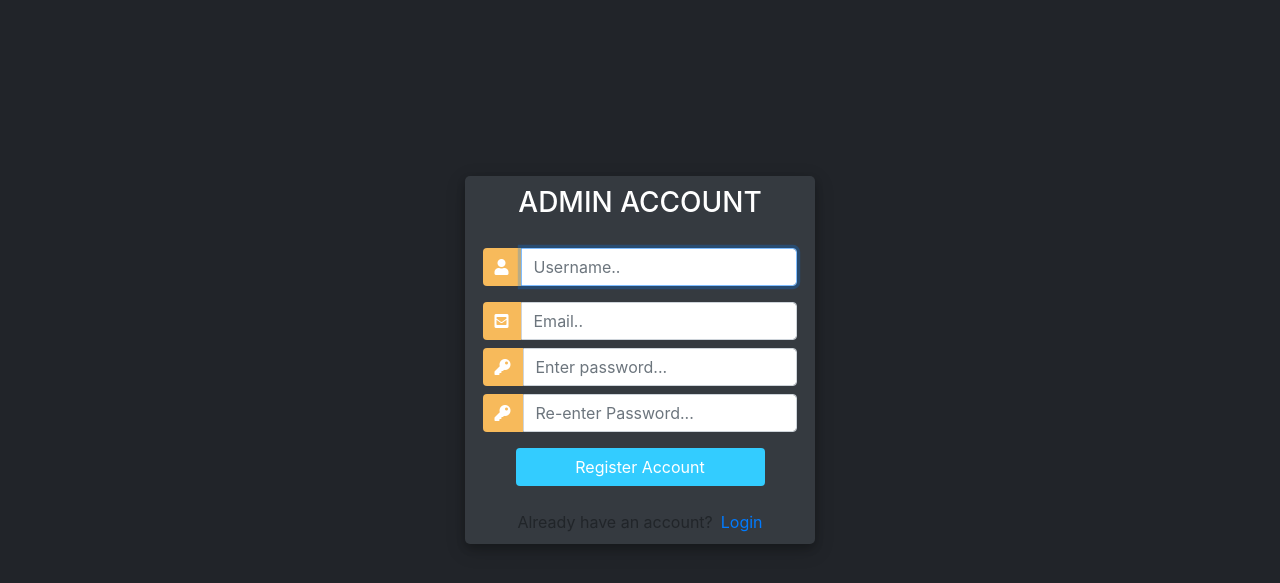
Repository: Abdaljawad-Aya/login-register-auth-validation-Django
Page: http://localhost/register/
The author's editor kept a copy of each file at every save. The page is drawn from the files as they stood at one save, then again after the next save.
The browser window is 1280 px wide. The pictures show the whole page.
Some web libraries are served in a nearby version. The page is served by the project's application, run on Django 3.2 (project8/manage.py). Other server files are loaded and not shown.

Above is the page before, as saved 2021-03-11 22:21:54.

### project8/project8/templates/register.html
<!DOCTYPE html>
<html>

<head>
	<title>Login</title>
	<link rel="stylesheet" href="https://stackpath.bootstrapcdn.com/bootstrap/4.1.3/css/bootstrap.min.css" integrity="sha384-MCw98/SFnGE8fJT3GXwEOngsV7Zt27NXFoaoApmYm81iuXoPkFOJwJ8ERdknLPMO" crossorigin="anonymous">
	<script src="https://ajax.googleapis.com/ajax/libs/jquery/3.3.1/jquery.min.js"></script>
	<link rel="stylesheet" href="https://use.fontawesome.com/releases/v5.6.1/css/all.css" integrity="sha384-gfdkjb5BdAXd+lj+gudLWI+BXq4IuLW5IT+brZEZsLFm++aCMlF1V92rMkPaX4PP" crossorigin="anonymous">

	<style>
		body,
		html {
			margin: 0;
			padding: 0;
			height: 100%;
			background: #212429 !important;
		}
		.user_card {
			width: 350px;
			margin-top: auto;
			margin-bottom: auto;
			background: #353a40;
			position: relative;
			display: flex;
			justify-content: center;
			flex-direction: column;
			padding: 10px;
			box-shadow: 0 4px 8px 0 rgba(0, 0, 0, 0.2), 0 6px 20px 0 rgba(0, 0, 0, 0.19);
			-webkit-box-shadow: 0 4px 8px 0 rgba(0, 0, 0, 0.2), 0 6px 20px 0 rgba(0, 0, 0, 0.19);
			-moz-box-shadow: 0 4px 8px 0 rgba(0, 0, 0, 0.2), 0 6px 20px 0 rgba(0, 0, 0, 0.19);
			border-radius: 5px;

		}

		.form_container {
			margin-top: 20px;
		}

		#form-title{
			color: #fff;
		}
		.login_btn {
			width: 100%;
			background: #33ccff !important;
			color: white !important;
		}
		.login_btn:focus {
			box-shadow: none !important;
			outline: 0px !important;
		}
		.login_container {
			padding: 0 2rem;
		}
		.input-group-text {
			background: #f7ba5b !important;
			color: white !important;
			border: 0 !important;
			border-radius: 0.25rem 0 0 0.25rem !important;
		}
		.input_user,
		.input_pass:focus {
			box-shadow: none !important;
			outline: 0px !important;
		}

	</style>

</head>
<body>
	<div class="container h-100">
		<div class="d-flex justify-content-center h-100">
			<div class="user_card">
				<div class="d-flex justify-content-center">
					<h3 id="form-title">ADMIN ACCOUNT</h3>
				</div>
				<div class="d-flex justify-content-center form_container">

					<form method="POST" action="">
            {% csrf_token %}

						<div class="input-group mb-3">
							<div class="input-group-append">
								<span class="input-group-text"><i class="fas fa-user"></i></span>
							</div>
							{{form.username}}
						</div>
						<div class="input-group mb-2">
							<div class="input-group-append">
								<span class="input-group-text"><i class="fas fa-envelope-square"></i></span>
							</div>
							  {{form.email}}

						</div>
						<div class="input-group mb-2">
							<div class="input-group-append">
								<span class="input-group-text"><i class="fas fa-key"></i></span>
							</div>
							  {{form.password1}}
						</div>
						<div class="input-group mb-2">
							<div class="input-group-append">
								<span class="input-group-text"><i class="fas fa-key"></i></span>
							</div>
							 {{form.password2}}
						</div>

				   		<div class="d-flex justify-content-center mt-3 login_container">
				 			<input class="btn login_btn" type="submit" value="Register Account">
				   		</div>
					</form>
				</div>

				<div class="mt-4">
					<div class="d-flex justify-content-center links">
						Already have an account? <a href="{% url 'login' %}" class="ml-2">Login</a>
					</div>
				</div>
			</div>
		</div>
	</div>
	<script>
						/* Because i didnt set placeholder values in forms.py they will be set here using vanilla Javascript
		//We start indexing at one because CSRF_token is considered and input field
		 */

		//Query All input fields
		var form_fields = document.getElementsByTagName('input')
		form_fields[1].placeholder='Username..';
		form_fields[2].placeholder='Email..';
		form_fields[3].placeholder='Enter password...';
		form_fields[4].placeholder='Re-enter Password...';


		for (var field in form_fields){
			form_fields[field].className += ' form-control'
		}
	</script>
</body>
</html>



{% comment %} <h1>register</h1>


<form method="POST" action>
  {% csrf_token %}
  {{form.username.label}}
  {{form.username}}

  {{form.email.label}}
  {{form.email}}

  {{form.password1.label}}
  {{form.password1}}

  {{form.password2.label}}
  {{form.password2}}
     <input type="submit" name="Create User">
</form> {% endcomment %}

### project8/project8/App/forms.py
from django.forms import ModelForm
from django.contrib.auth.forms import UserCreationForm
from django.contrib.auth.models import User
from django import forms

from .models import Data_Source



class OrderForm(ModelForm):
  class Meta:
          model  = Data_Source
          fields = '__all__'

class CreateUserForm(UserCreationForm):
    class Meta:
          model  = User
          fields = ['username','email','password1','password2']

### project8/project8/App/views.py
from django.shortcuts import render
from django.contrib.auth.forms import UserCreationForm


# Create your views here.
from .models import *
from .forms import OrderForm, CreateUserForm
from .filters import OrderFilters


def registerPage(request):
    form = CreateUserForm()

    if request.method == 'POST':
        form = CreateUserForm(request.POST)
        if form.is_valid():
              form.save()

    context ={'form':form}
    return render(request, '../templates/register.html', context)


def loginPage(request):
    context ={}
    return render(request, '../templates/login.html', context)

def index(request):
    return render(request , "index.html")

### project8/project8/project8/urls.py
"""project8 URL Configuration

The `urlpatterns` list routes URLs to views. For more information please see:
    https://docs.djangoproject.com/en/3.1/topics/http/urls/
Examples:
Function views
    1. Add an import:  from my_app import views
    2. Add a URL to urlpatterns:  path('', views.home, name='home')
Class-based views
    1. Add an import:  from other_app.views import Home
    2. Add a URL to urlpatterns:  path('', Home.as_view(), name='home')
Including another URLconf
    1. Import the include() function: from django.urls import include, path
    2. Add a URL to urlpatterns:  path('blog/', include('blog.urls'))
"""
from django.contrib import admin
from django.urls import path
from App import views

urlpatterns = [
    path('register/', views.registerPage, name="register"),
    path('login/', views.loginPage, name="login"),

    path('admin/', admin.site.urls),
    path('', views.index),
]

After the next save:
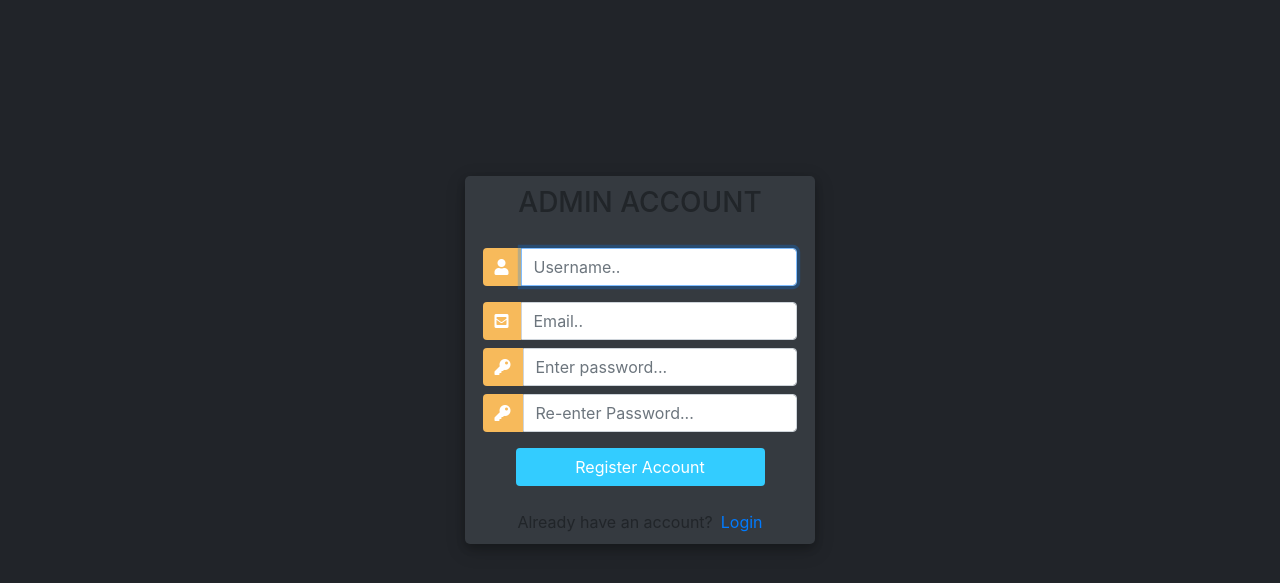
Saved 24 s later.
--- a/project8/project8/templates/register.html
+++ b/project8/project8/templates/register.html
@@ -37,7 +37,7 @@
 		}
 
 		#form-title{
-			color: #fff;
+			color: #;
 		}
 		.login_btn {
 			width: 100%;

After the save that followed:
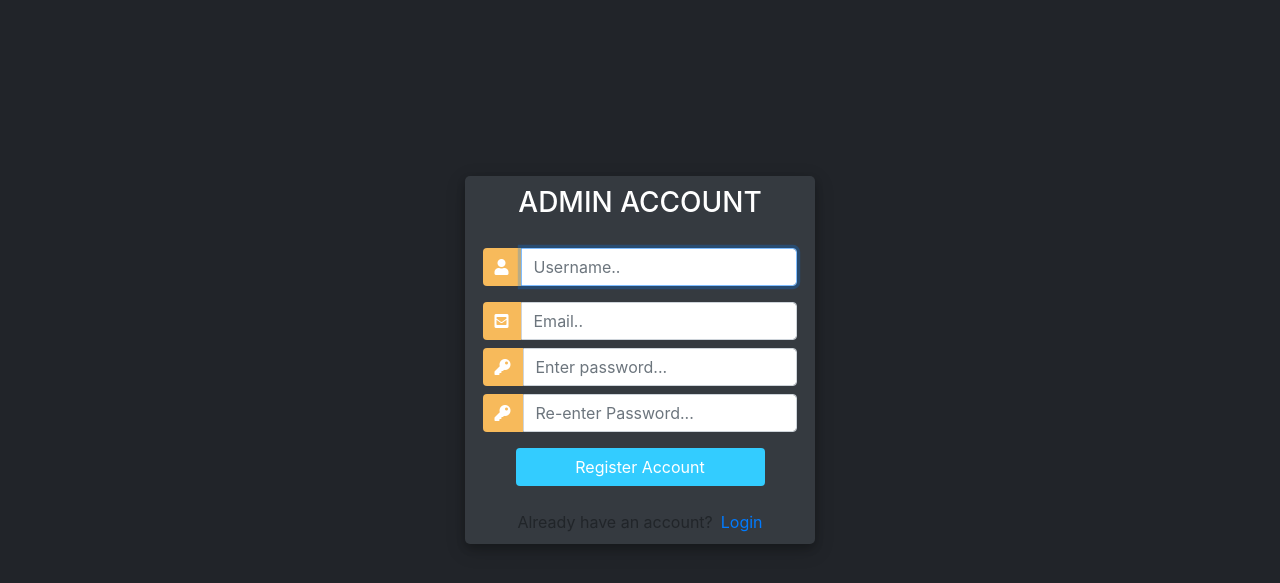
Saved 5 s later.
--- a/project8/project8/templates/register.html
+++ b/project8/project8/templates/register.html
@@ -37,7 +37,7 @@
 		}
 
 		#form-title{
-			color: #;
+			color: #fff;
 		}
 		.login_btn {
 			width: 100%;
